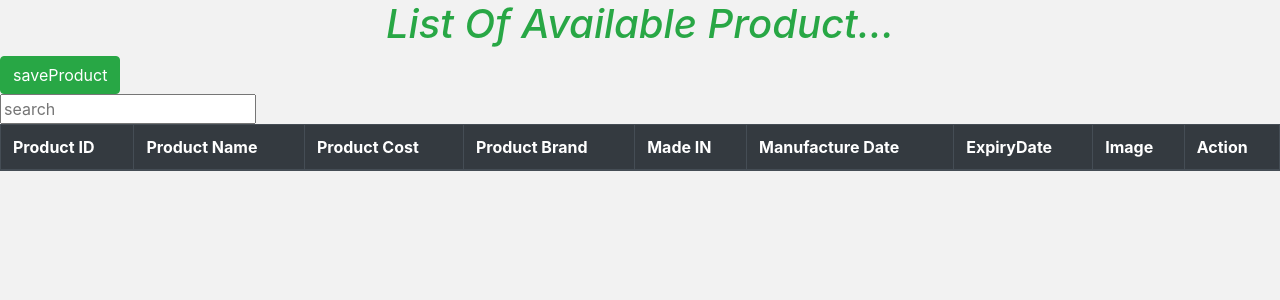
Repository: jrajesh111/Adv-java
Page: http://localhost/ProductAppproject/productList.jsp
An editor plug-in stored every save of this project. The page is shown before and after the next save, followed by the edit.
The browser window is 1280 px wide. The pictures show the whole page.
The page is served by Tomcat 9. Queries for data that is not in the repository find no rows.

Above is the page before, as saved 2024-03-06 15:45:39.

After the next save:
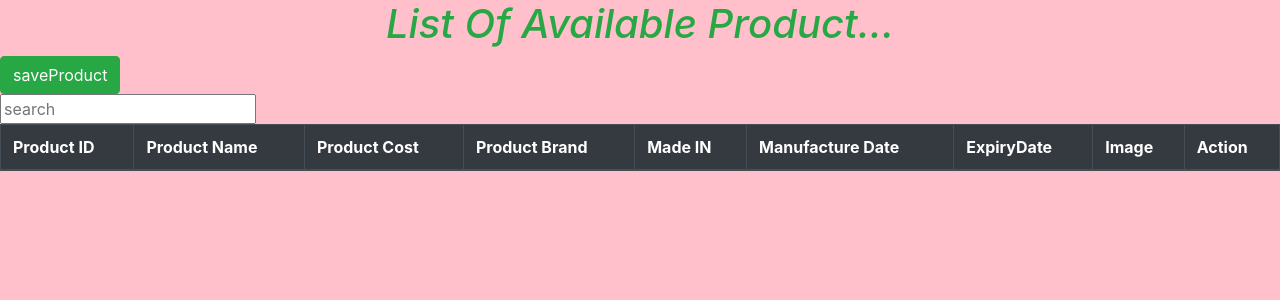
Saved 32 s later.
--- a/ProductAppproject/src/main/webapp/productList.jsp
+++ b/ProductAppproject/src/main/webapp/productList.jsp
@@ -10,7 +10,7 @@ import="java.util.Base64"%>
 		href="https://cdn.jsdelivr.net/npm/bootstrap@4.6.0/dist/css/bootstrap.min.css" rel="stylesheet" >
 	</head>
 
-	<body style="background-color: #f2f2f2;">
+	<body style="background-color: pink;">
 
 		<h1 class="text-success text-center font-italic">List Of Available Product...</h1>
 
